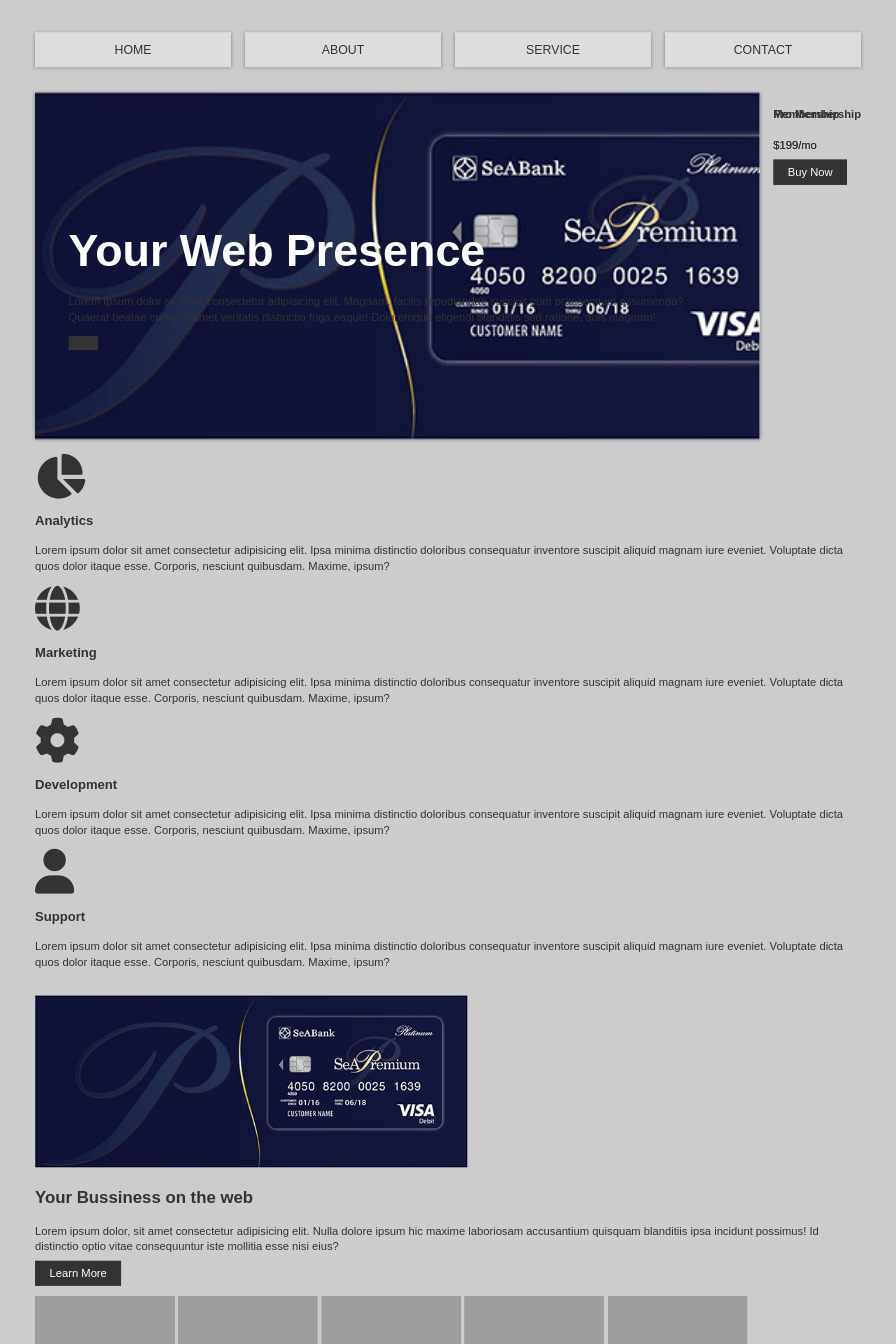
Repository: 1813404040072/grid-demo
Page: index.html
The author's editor kept a copy of each file at every save. The page is drawn from the files as they stood at one save, then again after the next save.
The browser window is 1280 px wide. The pictures show the part of the page from y = 0 to 1920 px (the page is 2368 px tall), at 70% of full size.
Pictures or frames that could not be fetched are drawn as grey boxes. Some web libraries are served in a nearby version.

Above is the page before, as saved 2019-12-24 23:56:24.

### index.html
<!DOCTYPE html>
<html lang="en">
<head>
    <meta charset="UTF-8">
    <meta name="viewport" content="width=device-width, initial-scale=1.0">
    <meta http-equiv="X-UA-Compatible" content="ie=edge">
    <title>GridBiz</title>
    <script src="https://kit.fontawesome.com/a076d05399.js"></script>
    <link rel="stylesheet" href="style.css"/>
</head>
<body>
    <div class="wrapper">
        <!-- Navigation -->
        <nav class="main-nav">
            <ul>
                <li><a href="#">Home</a></li>
                <li><a href="#">About</a></li>
                <li><a href="#">Service</a></li>
                <li><a href="#">Contact</a></li>
            </ul>
        </nav>
        <!-- Top container -->
        <section class="top-container">
            <header class="showcase">
                <h1>Your Web Presence</h1>
                <p>Lorem ipsum dolor sit amet consectetur adipisicing elit. Magnam, facilis repudiandae suscipit cum praesentium assumenda? Quaerat beatae cumque amet veritatis distinctio fuga eaque! Doloremque eligendi blanditiis sed ratione, quis magnam!</p>
                <a href="#" class="btn"></a>
            </header>
            <div class="top-box top-box-a">
                <h4>Membership</h4>
                <p class="price">$199/mo</p>
                <a href="#"class="btn">Buy Now</a>
            </div>
            <div class="top-box top-box-a">
                <h4>Pro Membership</h4>
                <p class="price">$199/mo</p>
                <a href="#"class="btn">Buy Now</a>
            </div>
        </section>

        <!-- Boxes Section -->
        <section class="boxes">
            <div class="box">
                <i class="fas fa-chart-pie fa-4x"></i>
                <h3>Analytics</h3>
                <p>
                    Lorem ipsum dolor sit amet consectetur adipisicing elit. Ipsa minima distinctio doloribus consequatur inventore suscipit aliquid magnam iure eveniet. Voluptate dicta quos dolor itaque esse. Corporis, nesciunt quibusdam. Maxime, ipsum?
                </p>
            </div>
            <div class="box">
                <i class="fas fa-globe fa-4x"></i>
                <h3>Marketing</h3>
                <p>
                    Lorem ipsum dolor sit amet consectetur adipisicing elit. Ipsa minima distinctio doloribus consequatur inventore suscipit aliquid magnam iure eveniet. Voluptate dicta quos dolor itaque esse. Corporis, nesciunt quibusdam. Maxime, ipsum?
                </p>
            </div>
            <div class="box">
                <i class="fas fa-cog fa-4x"></i>
                <h3>Development</h3>
                <p>
                    Lorem ipsum dolor sit amet consectetur adipisicing elit. Ipsa minima distinctio doloribus consequatur inventore suscipit aliquid magnam iure eveniet. Voluptate dicta quos dolor itaque esse. Corporis, nesciunt quibusdam. Maxime, ipsum?
                </p>
            </div>
            <div class="box">
                <i class="fas fa-user fa-4x"></i>
                <h3>Support</h3>
                <p>
                    Lorem ipsum dolor sit amet consectetur adipisicing elit. Ipsa minima distinctio doloribus consequatur inventore suscipit aliquid magnam iure eveniet. Voluptate dicta quos dolor itaque esse. Corporis, nesciunt quibusdam. Maxime, ipsum?
                </p>
            </div>
        </section>
        <!-- Info Section -->
        <section class="info">
            <img src="img/pic1.jpg" alt="">
            <h2>Your Bussiness on the web</h2>
            <p>Lorem ipsum dolor, sit amet consectetur adipisicing elit. Nulla dolore ipsum hic maxime laboriosam accusantium quisquam blanditiis ipsa incidunt possimus! Id distinctio optio vitae consequuntur iste mollitia esse nisi eius?</p>
            <a href="#" class="btn">Learn More</a>
        </section>


        <!-- Portfolio -->
        <section class="portfolio">
            <img src="https://source.unsplash.com/random/200x200" alt="">
            <img src="https://source.unsplash.com/random/200x200" alt="">
            <img src="https://source.unsplash.com/random/200x200" alt="">
            <img src="https://source.unsplash.com/random/200x200" alt="">
            <img src="https://source.unsplash.com/random/200x200" alt="">
            <img src="https://source.unsplash.com/random/200x200" alt="">
            <img src="https://source.unsplash.com/random/200x200" alt="">
            <img src="https://source.unsplash.com/random/200x200" alt="">
            <img src="https://source.unsplash.com/random/200x200" alt="">
        </section>

        <!-- Footer -->
        <footer>
            <p>GridBiz &copy; 2019</p>
        </footer>

    </div>
    <!-- wrapper Ends -->

</body>
</html>

### style.css
/* CSS Variables */
:root {
    --primary: #ddd;
    --dark: #333;
    --light: #fff;
    --shadow: 0 1px 5px rgba(104, 104, 104, 0.8);
}

html{
    box-sizing: border-box;
    font-family: Arial, Helvetica, sans-serif;
    color: var(--dark);
}

body {
    background: #ccc;
    margin: 30px 50px;
    line-height: 1.4;
}

.btn {
    background-color: var(--dark);
    color: var(--light);
    padding: 0.6rem 1.3rem;
    text-decoration: none;
    border: 0;
}

img {
    max-width: 100%;
}

.wrapper {
    display: grid;
    grid-gap: 20px;
}


/* Mavigation */
.main-nav ul {
    display: grid;
    grid-gap: 20px;
    padding: 0;
    list-style: none;
    grid-template-columns: repeat(4, 1fr);
}

.main-nav a{
    background: var(--primary);
    display: block;
    text-decoration: none;
    padding: 0.8rem;
    text-align: center;
    color: var(--dark);
    text-transform: uppercase;
    font-size: 1.1rem;
    box-shadow: var(--shadow);
}

.main-nav a:hover {
    background: var(--dark);
    color: var(--light);
}

/* Top Container */
.top-container{
    display: grid;
    grid-gap: 20px;
    grid-template-areas:
        'showcase showcase top-box-a'
        'showcase showcase top-box-b';
}

/* Showcase */
.showcase {
    grid-area: showcase;
    min-height: 400px;
    background:url(img/pic1.jpg);
    background-size: cover;
    background-position: center;
    padding:  3rem;
    display: flex;
    flex-direction: column;
    align-items: start;
    justify-content: center;
    box-shadow: var(--shadow);
}

.showcase h1{
    font-size: 4rem;
    margin-bottom: 0;
    color: var(--light);
}

.top-box-a {
    grid-area: top-box-a;
}

.top-box-b {
    grid-area: top-box-b;
}

After the next save:
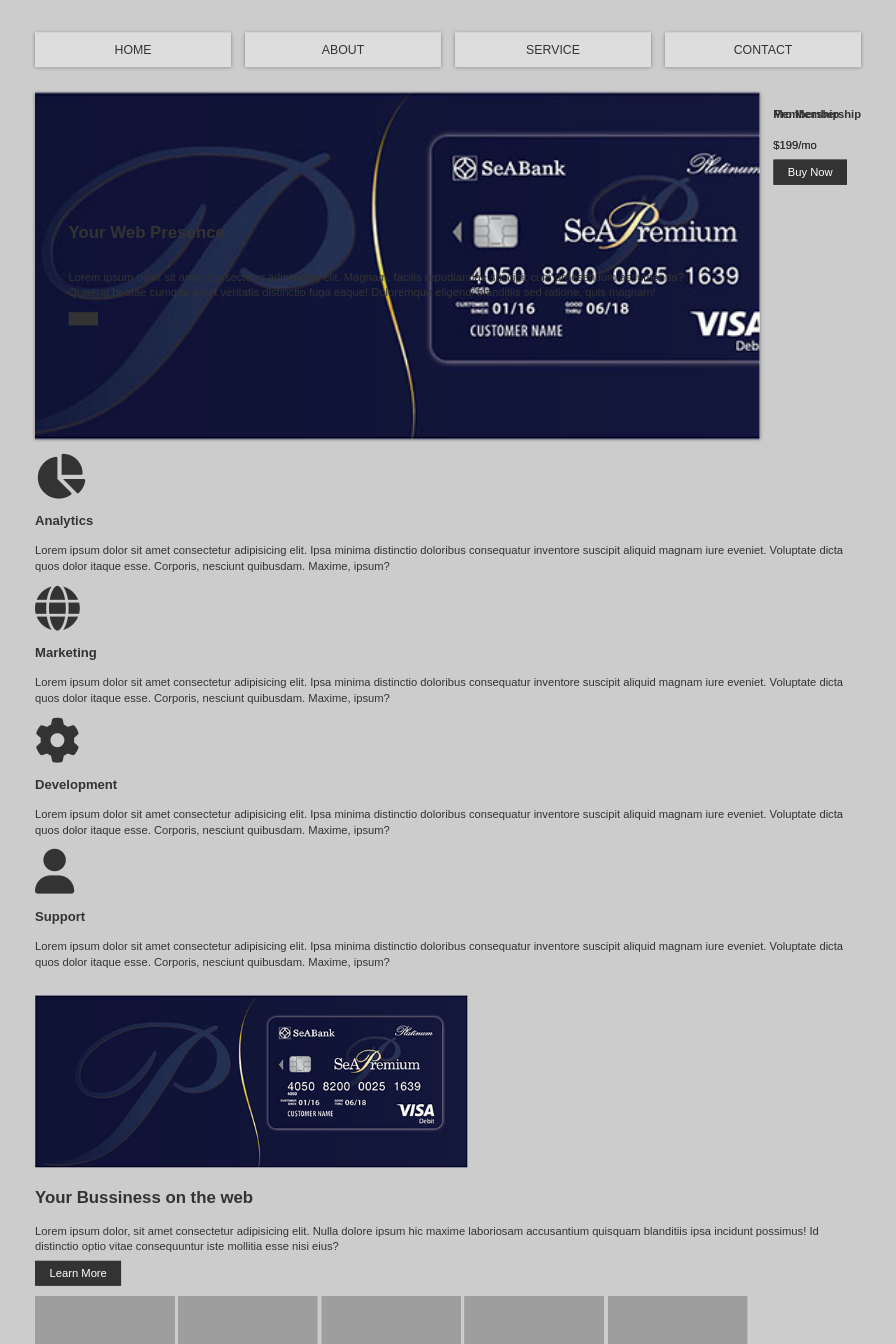
Saved 20 s later.
--- a/style.css
+++ b/style.css
@@ -86,6 +86,8 @@
     box-shadow: var(--shadow);
 }
 
+.show-case
+
 .showcase h1{
     font-size: 4rem;
     margin-bottom: 0;
